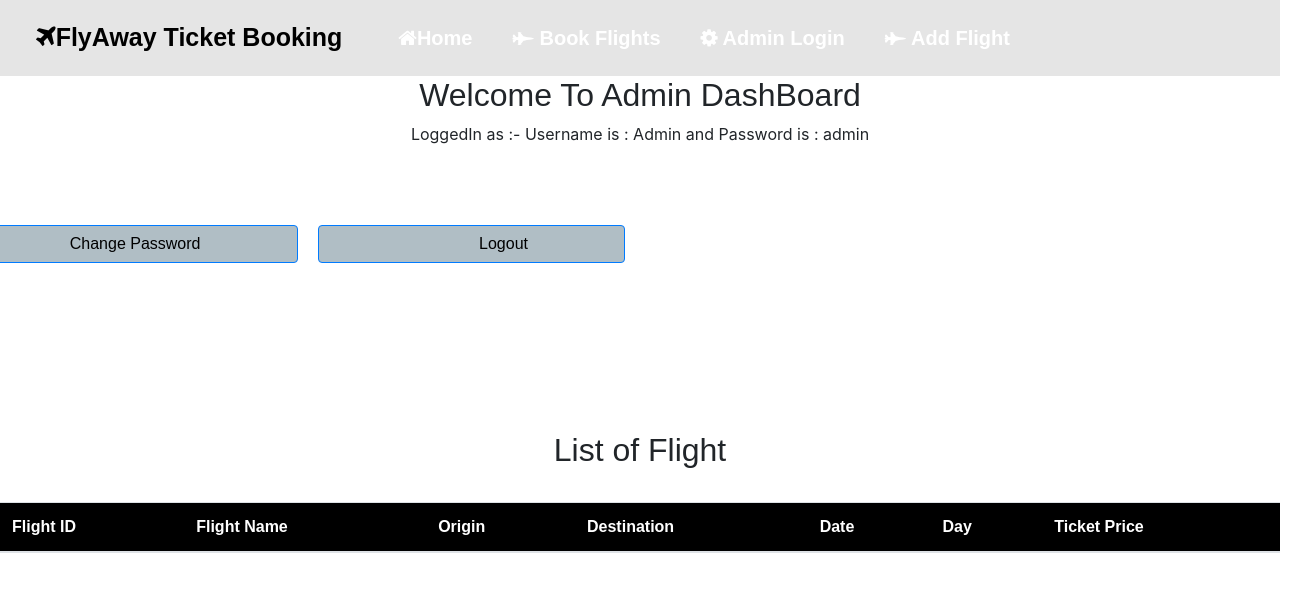
Repository: sayrabano/Phase2-project
Page: http://localhost/FlyAway/adminDashboard.jsp
An editor plug-in stored every save of this project. The page is shown before and after the next save, followed by the edit.
The browser window is 1280 px wide. The page is 1295 px wide, then 1280 px, so the pictures cover 1295 px, including what lies to the right of the window. The pictures show the whole page.
Some web fonts or font styles are not loaded; a fallback is used. The page is served by Tomcat 9. Other server files are loaded and not shown. Queries for data that is not in the repository find no rows.

Above is the page before, as saved 2021-09-24 20:29:51.

### FlyAway/src/main/webapp/adminDashboard.jsp
<%@ page language="java" contentType="text/html; charset=ISO-8859-1"
	pageEncoding="ISO-8859-1"%>
<%@page import="java.sql.*"%>
<%@page import=" com.flyaway.LogIn"%>

<%
String driverName = "com.mysql.cj.jdbc.Driver";
String Url = "jdbc:mysql://localhost:3306/flyaway";

String userId = "root";
String password = "say123";

try {
	Class.forName(driverName);
} catch (ClassNotFoundException e) {
	e.printStackTrace();
}
Connection connection = null;
Statement statement = null;
ResultSet resultSet = null;
%>

<!DOCTYPE html>
<html>
<head>
<meta charset="ISO-8859-1">
<title>FlyAway</title>
<link rel="stylesheet"
	href="https://cdnjs.cloudflare.com/ajax/libs/font-awesome/4.7.0/css/font-awesome.min.css">
<!-- Required meta tags -->
<meta charset="utf-8">
<meta name="viewport"
	content="width=device-width, initial-scale=1, shrink-to-fit=no">

<!-- Bootstrap CSS -->
<link rel="stylesheet"
	href="https://maxcdn.bootstrapcdn.com/bootstrap/4.0.0/css/bootstrap.min.css"
	integrity="sha384-Gn5384xqQ1aoWXA+058RXPxPg6fy4IWvTNh0E263XmFcJlSAwiGgFAW/dAiS6JXm"
	crossorigin="anonymous">
<link rel="stylesheet"
	href="https://cdnjs.cloudflare.com/ajax/libs/font-awesome/4.7.0/css/font-awesome.min.css">
<link
	href="https://fonts.googleapis.com/css2?family=Baloo+Bhai+2:wght@500&display=swap"
	rel="stylesheet">
<link
	href="https://fonts.googleapis.com/css2?family=Ubuntu:ital,wght@1,700&display=swap"
	rel="stylesheet">
<link rel="stylesheet" href="CSS/style7.css" />
<style>
</style>
</head>

<body>

	<nav class="navbar navbar-expand-lg navbar-light bg-custom" id="navbar">





		<a class="navbar-brand" id="tag"><i class="fa fa-plane"
			aria-hidden="true"></i>FlyAway Ticket Booking</a>


		<div class="collapse navbar-collapse" id="navbarSupportedContent">
			<ul class="navbar-nav mr-auto">
				<li class="nav-item"><a class="nav-link" href="Home.jsp"> <i
						class="fa fa-home" aria-hidden="true"></i>Home
				</a></li>

				<li class="nav-item"><a class="nav-link"
					href="option-flightsearch.jsp"><i class="fa fa-fighter-jet"></i>
						Book Flights </a></li>
				<li class="nav-item"><a href="Login.jsp" class="nav-link"><i
						class="fa fa-gear"></i> Admin Login</a></li>
						<li class="nav-item"><a href="#" class="nav-link">
						<i class="fa fa-fighter-jet"></i> Add Flight</a></li>




			</ul>



		</div>

	</nav>


	<div>
		<h2>Welcome To Admin DashBoard</h2>
		<p style="text-align:center;"> LoggedIn as :- Username is : <%=LogIn.username %> and
		Password is : <%=LogIn.password %>
</p>

	<br><br>

	</div>
	<div class="row" align="center">
	<div class="col-lg-3 col-md-4 col-sm-4 mb-4">
           <form action="Changepassword.jsp" method="post">
           <button type="submit" class="btn btn-primary btn">Change Password</button>
		</form>
        </div>
        <div class="col-lg-3 col-md-4col-sm-6 mb-4">
            <form action="LogOut" method="get">
           <button type="submit" class="btn btn-primary btn">Logout</button>
		</form>
        </div>

        </div>
        </div>
         <br><br><br><br><br><br>
               <center><h2>List of Flight</h2></center><br>

				<table class="table table-bodered table striped" align="center">
					<thead class="thead">
						<tr>
							<th scope="col">Flight ID</th>
							<th scope="col">Flight Name</th>
							<th scope="col">Origin</th>
							<th scope="col">Destination</th>
							<th scope="col">Date</th>
							<th scope="col">Day</th>
							<th scope="col">Ticket Price</th>
						</tr>
					</thead>
					<tbody class="tbody">


						<%
						try {
							connection = DriverManager.getConnection(Url, userId, password);
							statement = connection.createStatement();
							String sql = "SELECT * FROM flight_list";
							resultSet = statement.executeQuery(sql);
							while (resultSet.next()) {
						%>
						<tr>
							<td><%=resultSet.getString("Id")%></td>
							<td><%=resultSet.getString("Flight")%></td>
							<td><%=resultSet.getString("Origin")%></td>
							<td><%=resultSet.getString("Destination")%></td>
							<td><%=resultSet.getString("Day")%></td>
							<td><%=resultSet.getString("Date")%></td>
							<td><%=resultSet.getString("Ticket_Price")%></td>
						</tr>
						<%
						}
						} catch (Exception e) {
						e.printStackTrace();
						}

						%>
					</tbody>
				</table>

</body>
</html>

### FlyAway/src/main/webapp/CSS/style7.css
@charset "ISO-8859-1";
@charset "ISO-8859-1";

#navbar{
background-color:rgba(0,0,0,.1) ;
font-family:'Ubuntu', sans-serif;

}


#navbar ul li a{
	color:white;

	font-size:20px;
	font-weight:bold;
	padding:15px 20px;

}
#navbar ul li a:hover{
	color:black;
	background-color:white;
	border-radius:18px;


}


#tag{
	font-size:25px;
 color:black;
 font-weight:bold;


	float:right;
	padding: 10px 20px;

}
#gear{
	margin:2px;
	padding:10px;



}
#gear a:hover{



	background-color:white;


}
h2{
	text-align:center;
	font-family:'Ubuntu', sans-serif;
}
.btn{
	color:black;
	padding-left:10rem;
	padding-right:6rem;
	margin-top: 15px;

   background-color:#b0bec5;
	font-family:'Ubuntu', sans-serif;
	float:right;
    display:flex;


}
.thead{
	background-color:#000000;
	font-family:'Ubuntu', sans-serif;
	color:white;
}
.tbody{
	background-color:#b0bec5;
	font-family:'Ubuntu', sans-serif;
}

After the next save:
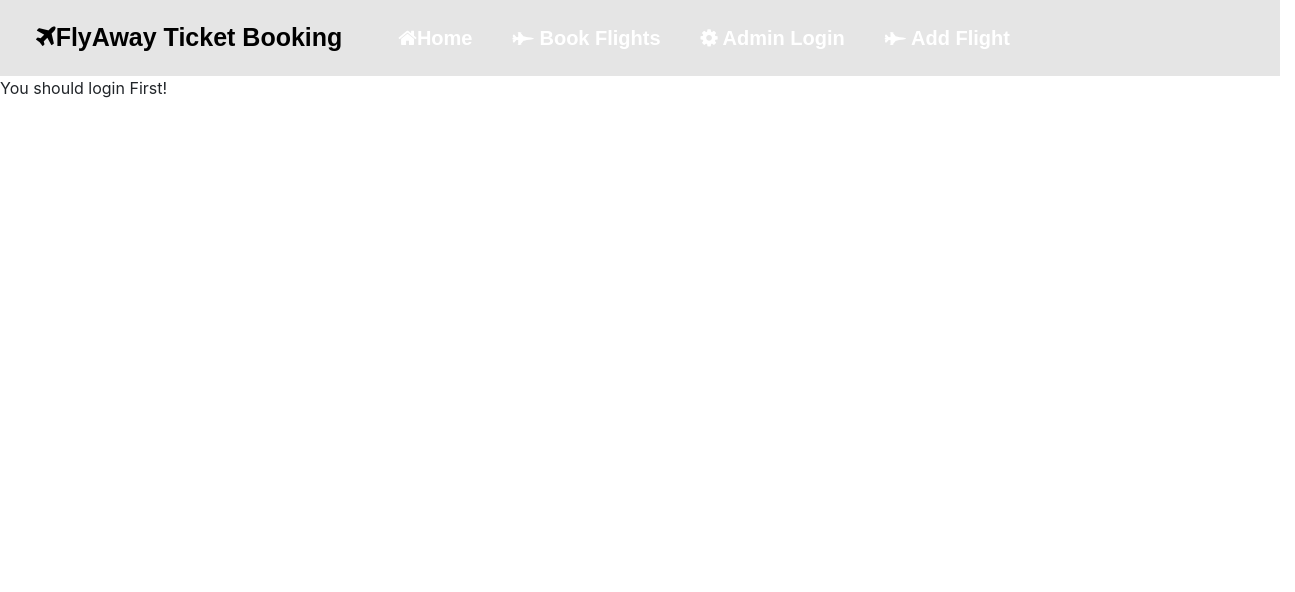
Saved 4 min 36 s later.
--- a/FlyAway/src/main/webapp/adminDashboard.jsp
+++ b/FlyAway/src/main/webapp/adminDashboard.jsp
@@ -87,7 +87,9 @@
 
 	</nav>
 
+<%if(LogIn.isLoggedin) {
 
+%>
 	<div>
 		<h2>Welcome To Admin DashBoard</h2>
 		<p style="text-align:center;"> LoggedIn as :- Username is : <%=LogIn.username %> and
@@ -151,7 +153,11 @@
 						} catch (Exception e) {
 						e.printStackTrace();
 						}
+}
 
+else{
+	out.print("You should login First!");
+}
 						%>
 					</tbody>
 				</table>
